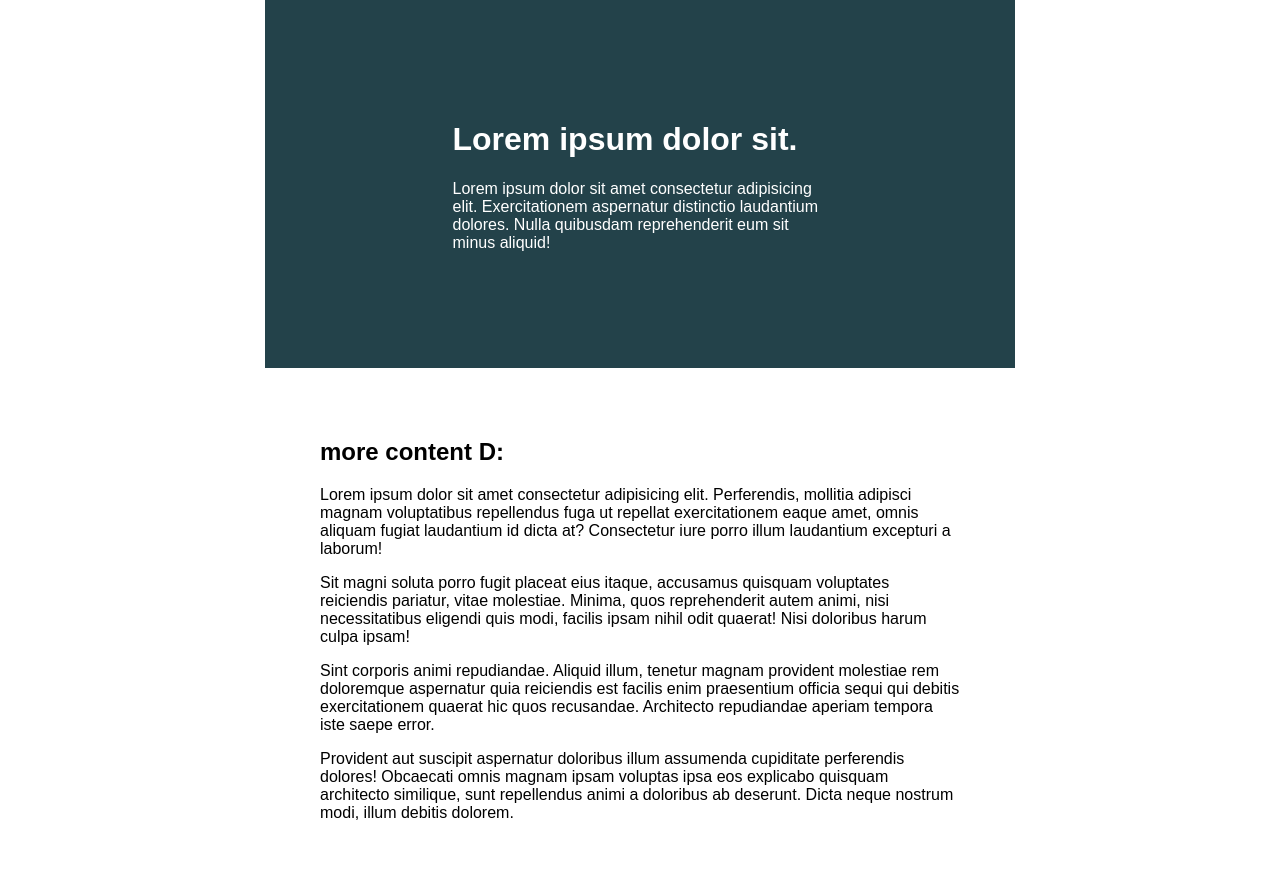
Repository: ufanodev/responsive-3
Page: index.html
These files come from the project's save history. The page is drawn as it stood at one moment and after the next save; the edit follows.
The browser window is 1280 px wide. The pictures show the whole page.

Above is the page before, as saved 2022-12-10 19:40:50.

After the next save:
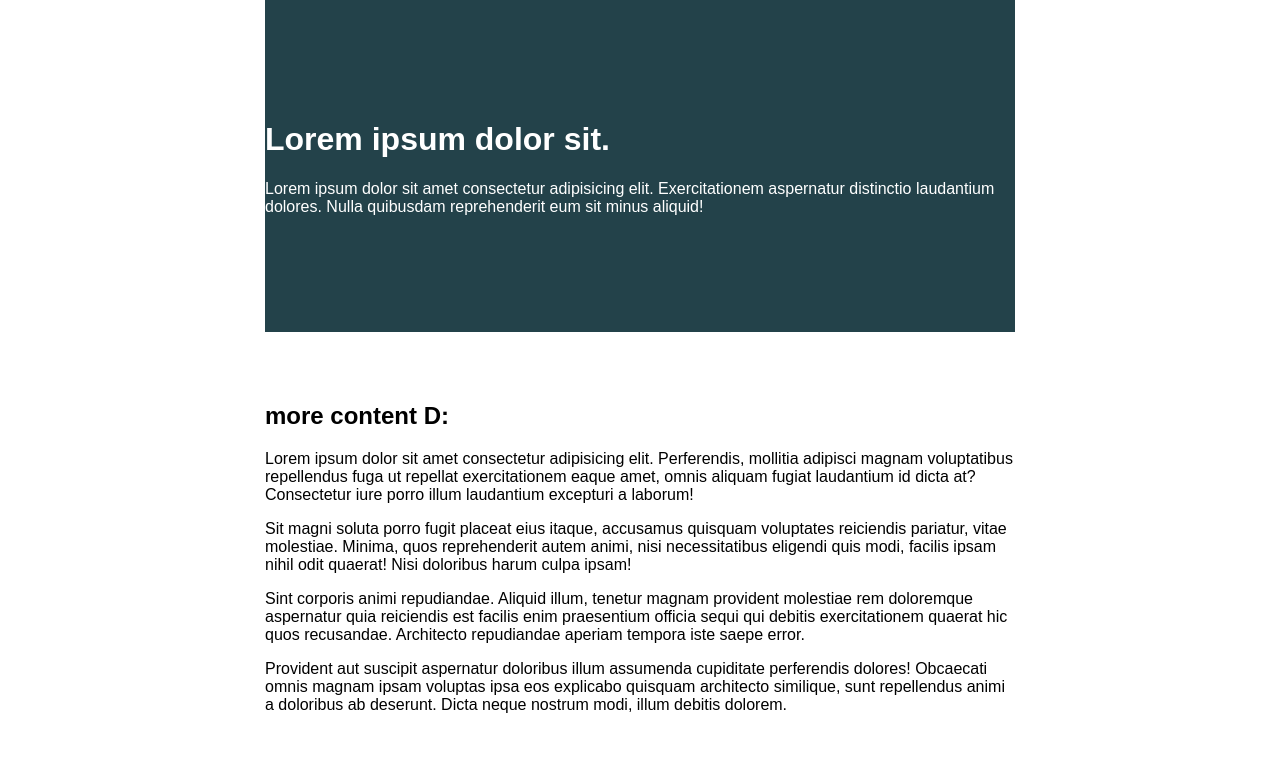
Saved 8 s later.
--- a/style.css
+++ b/style.css
@@ -33,7 +33,7 @@
 }
 
 .intro-content {
-  width: 50%;
+  width: 100%;
   max-width: 750px;
   margin: 0 auto;
   padding: 50px 0;

After the save that followed:
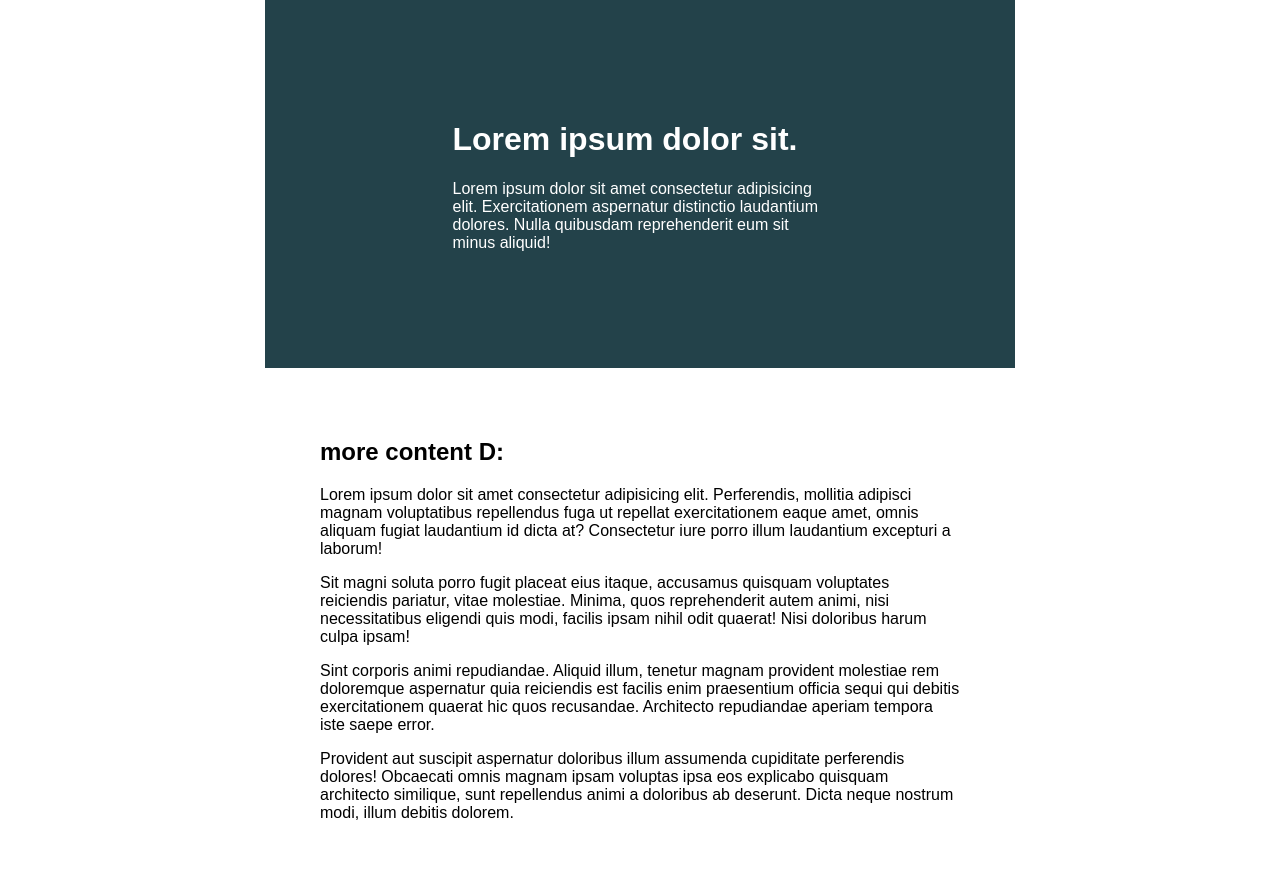
Saved 6 s later.
--- a/style.css
+++ b/style.css
@@ -33,7 +33,7 @@
 }
 
 .intro-content {
-  width: 100%;
+  width: 50%;
   max-width: 750px;
   margin: 0 auto;
   padding: 50px 0;
